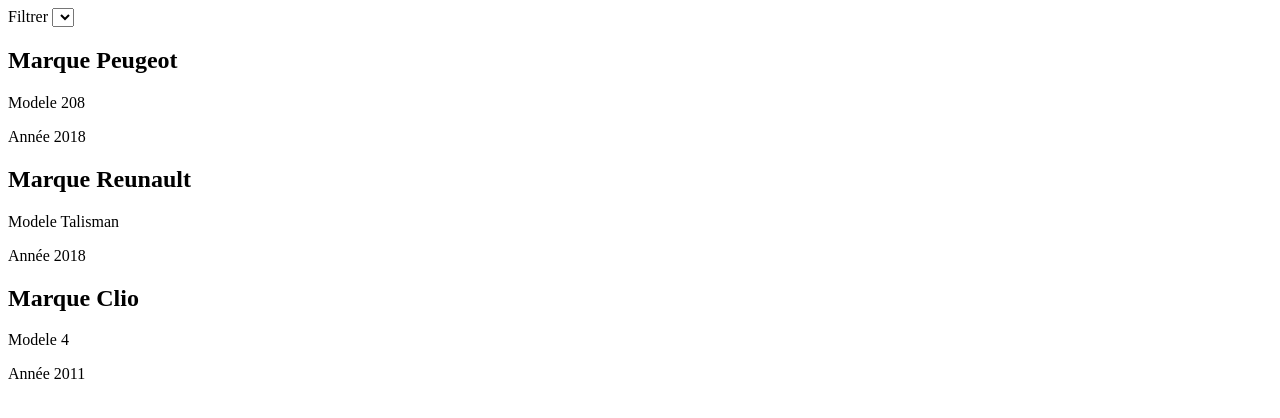
Repository: Coumba25040/coumbaProjet
Page: exoGPT/index.html
An editor plug-in stored every save of this project. The page is shown before and after the next save, followed by the edit.
The browser window is 1280 px wide. The pictures show the whole page.

Above is the page before, as saved 2025-06-23 09:29:04.

### exoGPT/index.html
<!DOCTYPE html>
<html lang="en">
<head>
    <meta charset="UTF-8">
    <meta name="viewport" content="width=device-width, initial-scale=1.0">
    <title>Document</title>
</head>
<body>
    <label for="voiture">Filtrer</label>
    <select name="trier" id="trier">
        <option value="croissant"></option>
    </select>
    <div id="container-voiture"></div>

    <script src="main.js"></script>
</body>
</html>

### exoGPT/main.js
// let voitures = [{
//     marque: "clio",
//     modele: "4",
//     annee: 2011

// }]

// voitures.forEach(voiture => {
//     document.write(`<p>Marque ${voiture.marque}</p>`)
//     document.write(`<p>Modele ${voiture.modele}</p>`)
//     document.write(`<p>Année ${voiture.annee}</p>`)

// });


let voitures = [

    {marque: "Clio", modele: "4", annee: 2011},
    {marque: "Peugeot", modele: "208", annee: 2018},
    {marque: "Reunault", modele: "Talisman", annee: 2018}

]

voitures.sort((a, b) => b.annee - a.annee)

let containerVoiture = document.getElementById("container-voiture")


voitures.forEach(({marque, modele, annee}) => {

    containerVoiture.innerHTML += `
    <div class='voiture'>
        <h2>Marque ${marque}</h2>
        <p>Modele ${modele}</p>
        <p>Année ${annee}</p>
    </div>`
});

After the next save:
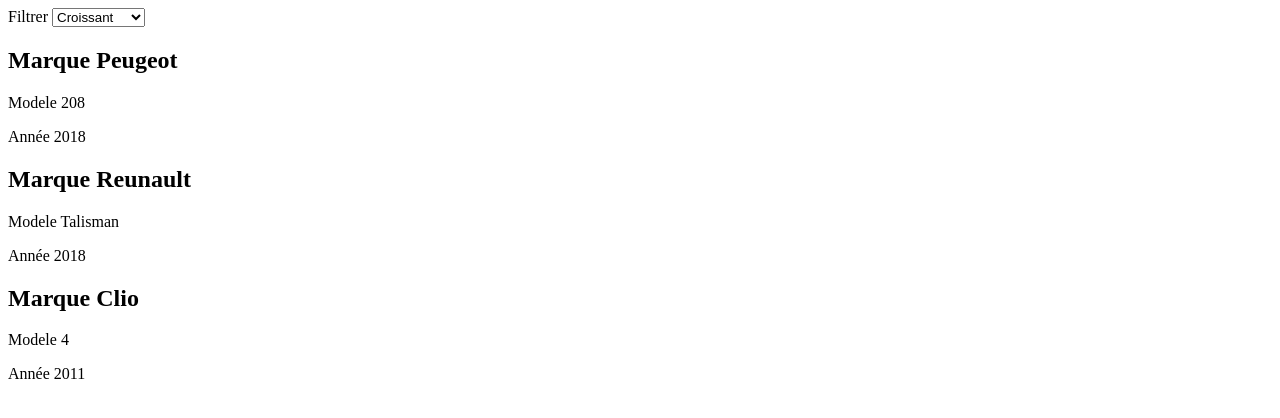
Saved 58 s later.
--- a/exoGPT/index.html
+++ b/exoGPT/index.html
@@ -8,7 +8,8 @@
 <body>
     <label for="voiture">Filtrer</label>
     <select name="trier" id="trier">
-        <option value="croissant"></option>
+        <option value="croissant">Croissant</option>
+        <option value="decroissant">Décroissant</option>
     </select>
     <div id="container-voiture"></div>
 
